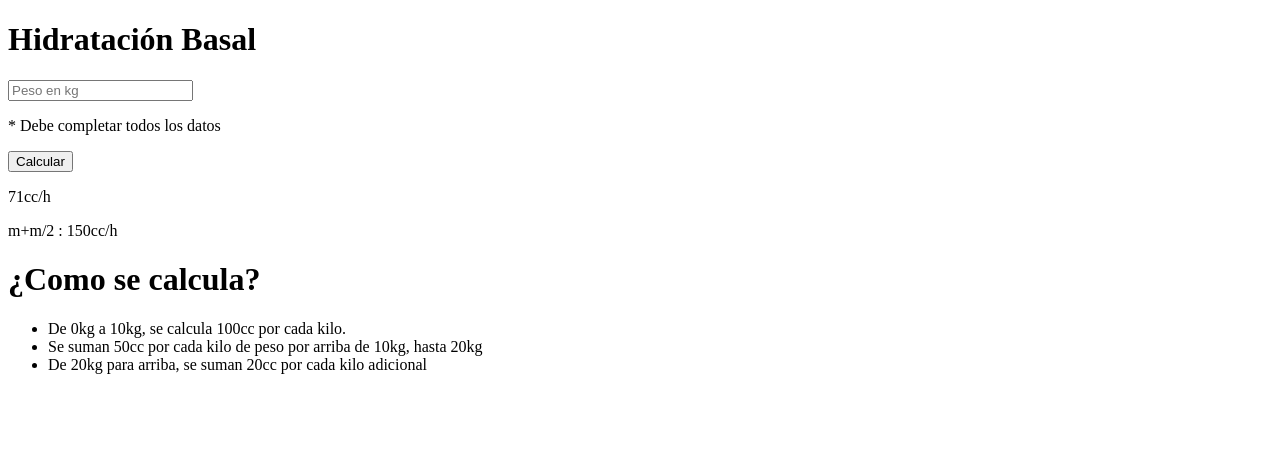
Repository: Fredy452/calculadora_basal
Page: index.html
The author's editor kept a copy of each file at every save. The page is drawn from the files as they stood at one save, then again after the next save.
The browser window is 1280 px wide. The pictures show the whole page.

Above is the page before, as saved 2023-04-20 07:41:46.

### index.html
<!DOCTYPE html>
<html lang="en">
<head>
    <meta charset="UTF-8">
    <meta http-equiv="X-UA-Compatible" content="IE=edge">
    <meta name="viewport" content="width=device-width, initial-scale=1.0">
    <title>Calculadora de hidratación</title>
</head>
<body>
    <div>
        <h1>Hidratación Basal</h1>
        <input type="number" name="peso" id="peso" placeholder="Peso en kg">
        <p>* Debe completar todos los datos</p>
        <button>Calcular</button>
        <p>71cc/h</p>
        <p>m+m/2 : 150cc/h</p>
    </div>
    <div>
        <h1>¿Como se calcula?</h1>
        <ul>
            <li>De 0kg a 10kg, se calcula 100cc por cada kilo.</li>
            <li>Se suman 50cc por cada kilo de peso por arriba de 10kg, hasta 20kg</li>
            <li>De 20kg para arriba, se suman 20cc por cada kilo adicional</li>
        </ul>
    </div>
</body>
</html>

After the next save:
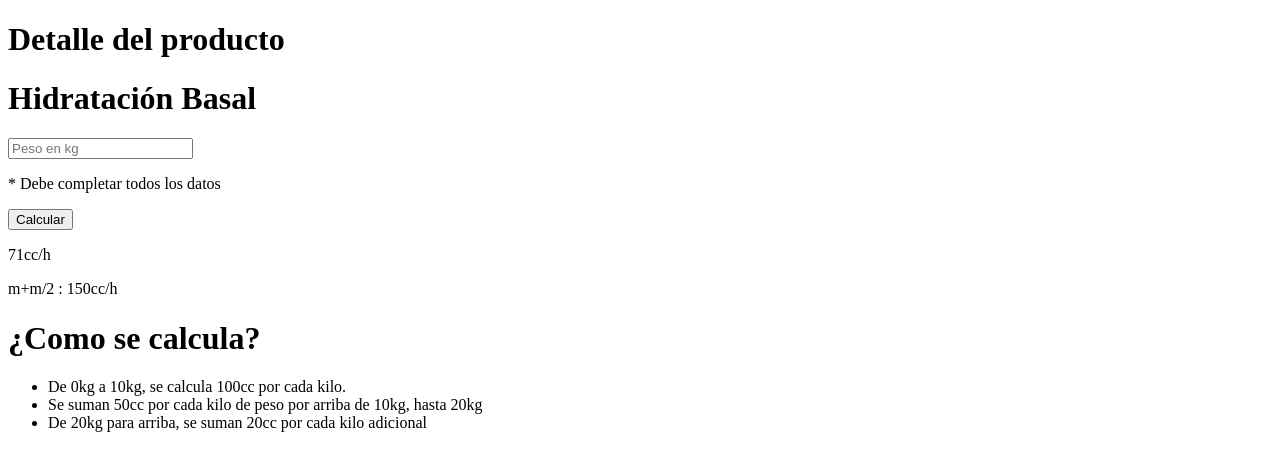
Saved 47 s later.
--- a/index.html
+++ b/index.html
@@ -7,6 +7,7 @@
     <title>Calculadora de hidratación</title>
 </head>
 <body>
+    <h1>Detalle del producto</h1>
     <div>
         <h1>Hidratación Basal</h1>
         <input type="number" name="peso" id="peso" placeholder="Peso en kg">
